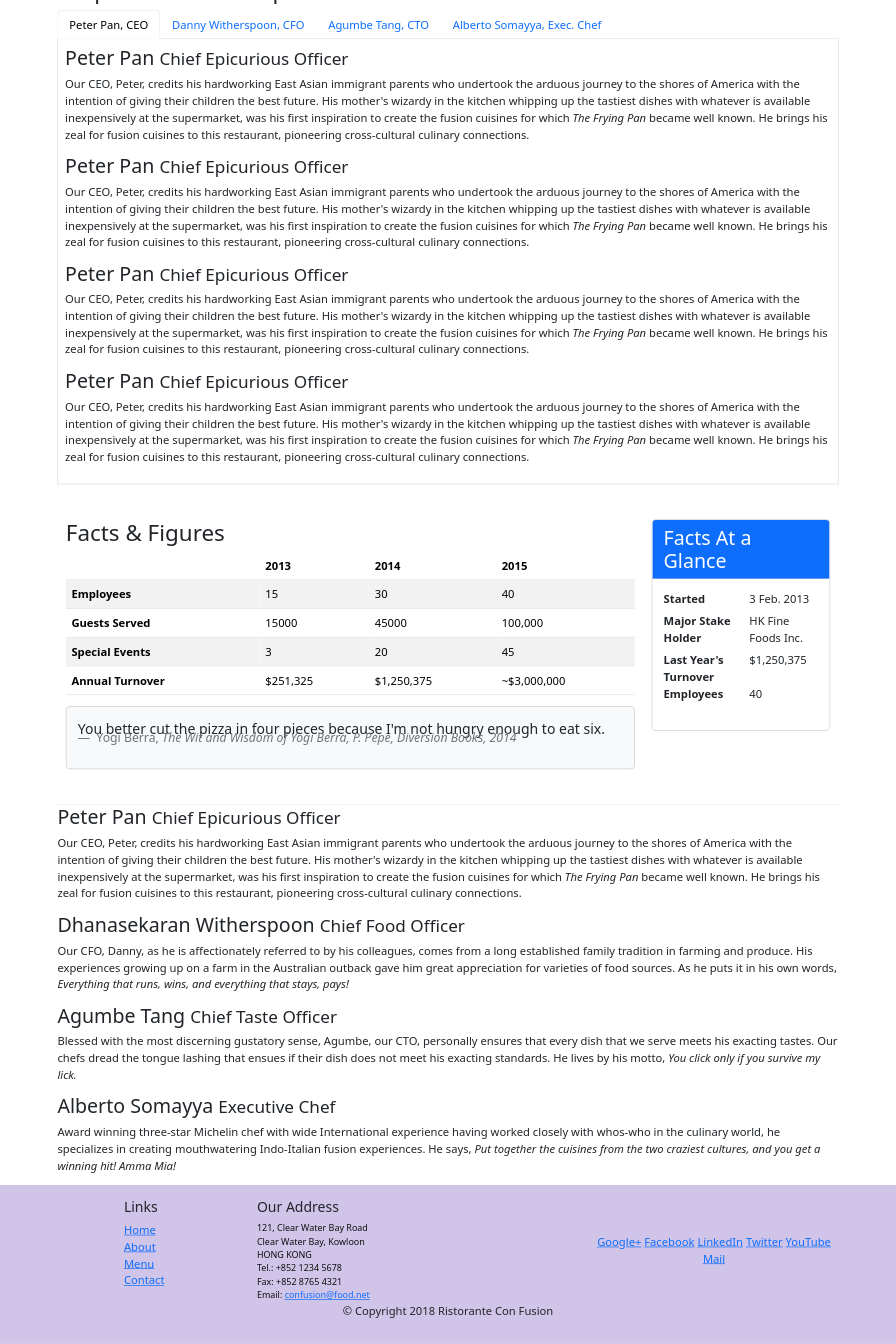
Repository: DungBuiTuan/FER201m
Page: aboutus.html
The author's editor kept a copy of each file at every save. The page is drawn from the files as they stood at one save, then again after the next save.
The browser window is 1280 px wide. The pictures show the part of the page from y = 767 to 2687 px (the page is 2687 px tall), at 70% of full size.
Some web libraries are served in a nearby version.

Above is the page before, as saved 2023-05-19 23:17:35.

### aboutus.html
<!DOCTYPE html>
<html lang="en">
  <head>
    <title>Ristorante Con Fusion: About Us</title>
    <meta charset="utf-8" />
    <meta
      name="viewport"
      content="width=device-width, initial-scale=1, shrink-to-fit=no"
    />
    <meta http-equiv="x-ua-compatible" content="ie=edge" />
    <!-- Bootstrap CSS -->
    <link
      rel="stylesheet"
      href="node_modules/bootstrap/dist/css/bootstrap.min.css"
    />
    <link href="css/styles.css" rel="stylesheet" />
  </head>

  <body>
    <nav class="navbar navbar-dark navbar-expand-sm fixed-top">
      <div class="container">
        <button
          class="navbar-toggler"
          type="button"
          data-toggle="collapse"
          data-target="#Navbar"
        >
          <span class="navbar-toggler-icon"></span>
        </button>
        <a class="navbar-brand mr-auto" href="#"
          ><img src="img/img/logo.png" height="30" width="41" />Ristorante Con
          Fusion</a
        >
        <div class="collapse navbar-collapse" id="Navbar">
          <ul class="navbar-nav mr-auto">
            <li class="nav-item active">
              <a class="nav-link" href="index.html">Home</a>
            </li>
            <li class="nav-item">
              <a class="nav-link" href="./aboutus.html">About</a>
            </li>
            <li class="nav-item"><a class="nav-link" href="LAB1/Aboutus.html">Menu</a></li>
            <li class="nav-item"><a class="nav-link" href="contactus.html">Contact</a></li>
          </ul>
        </div>
      </div>
    </nav>
    <header class="jumbotron">
      <div class="container">
        <div class="row row-header">
          <div class="col-12 col-sm-6">
            <h1>Ristorante con Fusion</h1>
            <p>
              We take inspiration from the World's best cuisines, and create a
              unique fusion experience. Our lipsmacking creations will tickle
              your culinary senses!
            </p>
          </div>
          <div class="col-12 col-sm align-self-center">
            <img src="img/img/logo.png" class="img-fluid" />
          </div>
        </div>
      </div>
    </header>

    <div class="container">
      <div class="row">
        <ol class="col-12 breadcrumb">
          <li class="breadcrumb-item"><a href="./index.html">Home</a></li>
          <li class="breadcrumb-item active">About Us</li>
        </ol>
        <div class="col-12">
          <h3>About Us</h3>
          <hr />
        </div>
      </div>

      <div class="row">
        <div class="col-12 col-sm-6 col-md-6">
          <h2>Our History</h2>
          <p>
            Started in 2010, Ristorante con Fusion quickly established itself as
            a culinary icon par excellence in Hong Kong. With its unique brand
            of world fusion cuisine that can be found nowhere else, it enjoys
            patronage from the A-list clientele in Hong Kong. Featuring four of
            the best three-star Michelin chefs in the world, you never know what
            will arrive on your plate the next time you visit us.
          </p>
          <p>
            The restaurant traces its humble beginnings to
            <em>The Frying Pan</em>, a successful chain started by our CEO, Mr.
            Peter Pan, that featured for the first time the world's best
            cuisines in a pan.
          </p>
        </div>
        <div></div>
      </div>

      <div class="row">
        <div class="col col-sm col-md">
          <div>
            <div>
              <h2>Corporate Leadership</h2>
              <ul class="nav nav-tabs">
                <li class="nav-item">
                  <a class="nav-link active" href="#peter"
                    role="tab" data-toggle="tab">Peter Pan, CEO</a>
                </li>
                <li class="nav-item">
                  <a class="nav-link" href="#danny" role="tab"
                    data-toggle="tab">Danny Witherspoon, CFO</a>
                </li>
                <li class="nav-item">
                  <a class="nav-link" href="#agumbe"role="tab"
                    data-toggle="tab">Agumbe Tang, CTO</a>
                </li>
                <li class="nav-item">
                  <a class="nav-link" href="#alberto" role="tab"
                    data-toggle="tab">Alberto Somayya, Exec. Chef</a>
                </li>
            </ul>

            <div class="tab-content">
                <div role="tabpanel" class="tab-pane fade show active" id="peter">
                    <h3>Peter Pan <small>Chief Epicurious Officer</small></h3>
                    <p> Our CEO, Peter, credits his hardworking East Asian immigrant
                        parents who undertook the arduous journey to the shores of
                        America with the intention of giving their children the best
                        future. His mother's wizardy in the kitchen whipping up the
                        tastiest dishes with whatever is available inexpensively at the
                        supermarket, was his first inspiration to create the fusion
                        cuisines for which <em>The Frying Pan</em> became well known. He
                        brings his zeal for fusion cuisines to this restaurant,
                        pioneering cross-cultural culinary connections. </p>
                </div>
                <div role="tabpanel" class="tab-pane fade show active" id="danny">
                    <h3>Peter Pan <small>Chief Epicurious Officer</small></h3>
                    <p> Our CEO, Peter, credits his hardworking East Asian immigrant
                        parents who undertook the arduous journey to the shores of
                        America with the intention of giving their children the best
                        future. His mother's wizardy in the kitchen whipping up the
                        tastiest dishes with whatever is available inexpensively at the
                        supermarket, was his first inspiration to create the fusion
                        cuisines for which <em>The Frying Pan</em> became well known. He
                        brings his zeal for fusion cuisines to this restaurant,
                        pioneering cross-cultural culinary connections. </p>
                </div>
                <div role="tabpanel" class="tab-pane fade show active" id="agumbe">
                    <h3>Peter Pan <small>Chief Epicurious Officer</small></h3>
                    <p> Our CEO, Peter, credits his hardworking East Asian immigrant
                        parents who undertook the arduous journey to the shores of
                        America with the intention of giving their children the best
                        future. His mother's wizardy in the kitchen whipping up the
                        tastiest dishes with whatever is available inexpensively at the
                        supermarket, was his first inspiration to create the fusion
                        cuisines for which <em>The Frying Pan</em> became well known. He
                        brings his zeal for fusion cuisines to this restaurant,
                        pioneering cross-cultural culinary connections. </p>
                </div>
                <div role="tabpanel" class="tab-pane fade show active" id="alberto">
                    <h3>Peter Pan <small>Chief Epicurious Officer</small></h3>
                    <p> Our CEO, Peter, credits his hardworking East Asian immigrant
                        parents who undertook the arduous journey to the shores of
                        America with the intention of giving their children the best
                        future. His mother's wizardy in the kitchen whipping up the
                        tastiest dishes with whatever is available inexpensively at the
                        supermarket, was his first inspiration to create the fusion
                        cuisines for which <em>The Frying Pan</em> became well known. He
                        brings his zeal for fusion cuisines to this restaurant,
                        pioneering cross-cultural culinary connections. </p>
                </div>
            </div>

              <div class="row row-content">
                <div class="col-12 col-sm-9">
                  <h2>Facts &amp; Figures</h2>
                  <div class="table-responsive">
                    <table class="table table-striped">
                      <thead class="thead-dark">
                        <tr>
                          <th>&nbsp;</th>
                          <th>2013</th>
                          <th>2014</th>
                          <th>2015</th>
                        </tr>
                      </thead>
                      <tbody>
                        <tr>
                          <th>Employees</th>
                          <td>15</td>
                          <td>30</td>
                          <td>40</td>
                        </tr>
                        <tr>
                          <th>Guests Served</th>
                          <td>15000</td>
                          <td>45000</td>
                          <td>100,000</td>
                        </tr>
                        <tr>
                          <th>Special Events</th>
                          <td>3</td>
                          <td>20</td>
                          <td>45</td>
                        </tr>
                        <tr>
                          <th>Annual Turnover</th>
                          <td>$251,325</td>
                          <td>$1,250,375</td>
                          <td>~$3,000,000</td>
                        </tr>
                      </tbody>
                    </table>
                  </div>
                  <div class="col-12">
                    <div class="card card-body bg-light">
                      <blockquote class="blockquote">
                        <p class="mb-0">
                          You better cut the pizza in four pieces because I'm
                          not hungry enough to eat six.
                        </p>
                        <footer class="blockquote-footer">
                          Yogi Berra,
                          <cite title="Source Title"
                            >The Wit and Wisdom of Yogi Berra, P. Pepe,
                            Diversion Books, 2014</cite
                          >
                        </footer>
                      </blockquote>
                    </div>
                  </div>
                </div>
                <div class="col-12 col-sm-3">
                  <div class="card">
                    <h3 class="card-header bg-primary text-white">
                      Facts At a Glance
                    </h3>
                    <div class="card-body">
                      <dl class="row">
                        <dt class="col-6">Started</dt>
                        <dd class="col-6">3 Feb. 2013</dd>
                        <dt class="col-6">Major Stake Holder</dt>
                        <dd class="col-6">HK Fine Foods Inc.</dd>
                        <dt class="col-6">Last Year's Turnover</dt>
                        <dd class="col-6">$1,250,375</dd>
                        <dt class="col-6">Employees</dt>
                        <dd class="col-6">40</dd>
                      </dl>
                    </div>
                  </div>
                </div>
              </div>

              <h3>Peter Pan <small>Chief Epicurious Officer</small></h3>
            </div>
            <div class="d-none d-sm-block">
              <p>
                Our CEO, Peter, credits his hardworking East Asian immigrant
                parents who undertook the arduous journey to the shores of
                America with the intention of giving their children the best
                future. His mother's wizardy in the kitchen whipping up the
                tastiest dishes with whatever is available inexpensively at the
                supermarket, was his first inspiration to create the fusion
                cuisines for which <em>The Frying Pan</em> became well known. He
                brings his zeal for fusion cuisines to this restaurant,
                pioneering cross-cultural culinary connections.
              </p>
            </div>
          </div>
          <div>
            <div>
              <h3>
                Dhanasekaran Witherspoon <small>Chief Food Officer</small>
              </h3>
            </div>
            <div class="d-none d-sm-block">
              <p>
                Our CFO, Danny, as he is affectionately referred to by his
                colleagues, comes from a long established family tradition in
                farming and produce. His experiences growing up on a farm in the
                Australian outback gave him great appreciation for varieties of
                food sources. As he puts it in his own words,
                <em
                  >Everything that runs, wins, and everything that stays,
                  pays!</em
                >
              </p>
            </div>
          </div>
          <div>
            <div>
              <h3>Agumbe Tang <small>Chief Taste Officer</small></h3>
            </div>
            <div class="d-none d-sm-block">
              <p>
                Blessed with the most discerning gustatory sense, Agumbe, our
                CTO, personally ensures that every dish that we serve meets his
                exacting tastes. Our chefs dread the tongue lashing that ensues
                if their dish does not meet his exacting standards. He lives by
                his motto, <em>You click only if you survive my lick.</em>
              </p>
            </div>
          </div>
          <div>
            <div>
              <h3>Alberto Somayya <small>Executive Chef</small></h3>
            </div>
            <div class="d-none d-sm-block">
              <p>
                Award winning three-star Michelin chef with wide International
                experience having worked closely with whos-who in the culinary
                world, he specializes in creating mouthwatering Indo-Italian
                fusion experiences. He says,
                <em
                  >Put together the cuisines from the two craziest cultures, and
                  you get a winning hit! Amma Mia!</em
                >
              </p>
            </div>
          </div>
        </div>
      </div>
    </div>

    <footer class="footer">
      <div class="container">
        <div class="row">
          <div class="col-4 offset-1 col-sm-2">
            <h5>Links</h5>
            <ul class="list-unstyled">
              <li><a href="#">Home</a></li>
              <li><a href="#">About</a></li>
              <li><a href="#">Menu</a></li>
              <li><a href="#">Contact</a></li>
            </ul>
          </div>
          <div class="col-7 col-sm-5">
            <h5>Our Address</h5>
            <address>
              121, Clear Water Bay Road<br />
              Clear Water Bay, Kowloon<br />
              HONG KONG<br />
              Tel.: +852 1234 5678<br />
              Fax: +852 8765 4321<br />
              Email: <a href="mailto:confusion@food.net">confusion@food.net</a>
            </address>
          </div>
          <div class="col-12 col-sm-4 align-self-center">
            <div class="text-center">
              <a href="http://google.com/+">Google+</a>
              <a href="http://www.facebook.com/profile.php?id=">Facebook</a>
              <a href="http://www.linkedin.com/in/">LinkedIn</a>
              <a href="http://twitter.com/">Twitter</a>
              <a href="http://youtube.com/">YouTube</a>
              <a href="mailto:">Mail</a>
            </div>
          </div>
        </div>
        <div class="row justify-content-center">
          <div class="col-auto">
            <p>© Copyright 2018 Ristorante Con Fusion</p>
          </div>
        </div>
      </div>
    </footer>
    <script src="node_modules/jquery/dist/jquery.slim.min.js"></script>
    <script src="node_modules/popper.js/dist/umd/popper.min.js"></script>
    <script src="node_modules/bootstrap/dist/js/bootstrap.min.js"></script>
  </body>
</html>

### css/styles.css
body{
    padding:50px 0px 0px 0px;
    z-index:0;
}

.navbar-dark {
     background-color: #512DA8;
}

.row-header{
    margin:0px auto;
    padding:0px;
}

.row-content {
    margin:0px auto;
    padding: 50px 0px 50px 0px;
    border-bottom: 1px ridge;
    min-height:400px;
}

.footer{
    background-color: #D1C4E9;
    margin:0px auto;
    padding: 20px 0px 20px 0px;
}

.jumbotron {
    padding:70px 30px 70px 30px;
    margin:0px auto;
    background: #9575CD ;
    color:floralwhite;
}

address{
    font-size:80%;
    margin:0px;
    color:#0f0f0f;
}

.tab-content {
    border-left: 1px solid #ddd;
    border-right: 1px solid #ddd;
    border-bottom: 1px solid #ddd;
    padding: 10px;
}

After the next save:
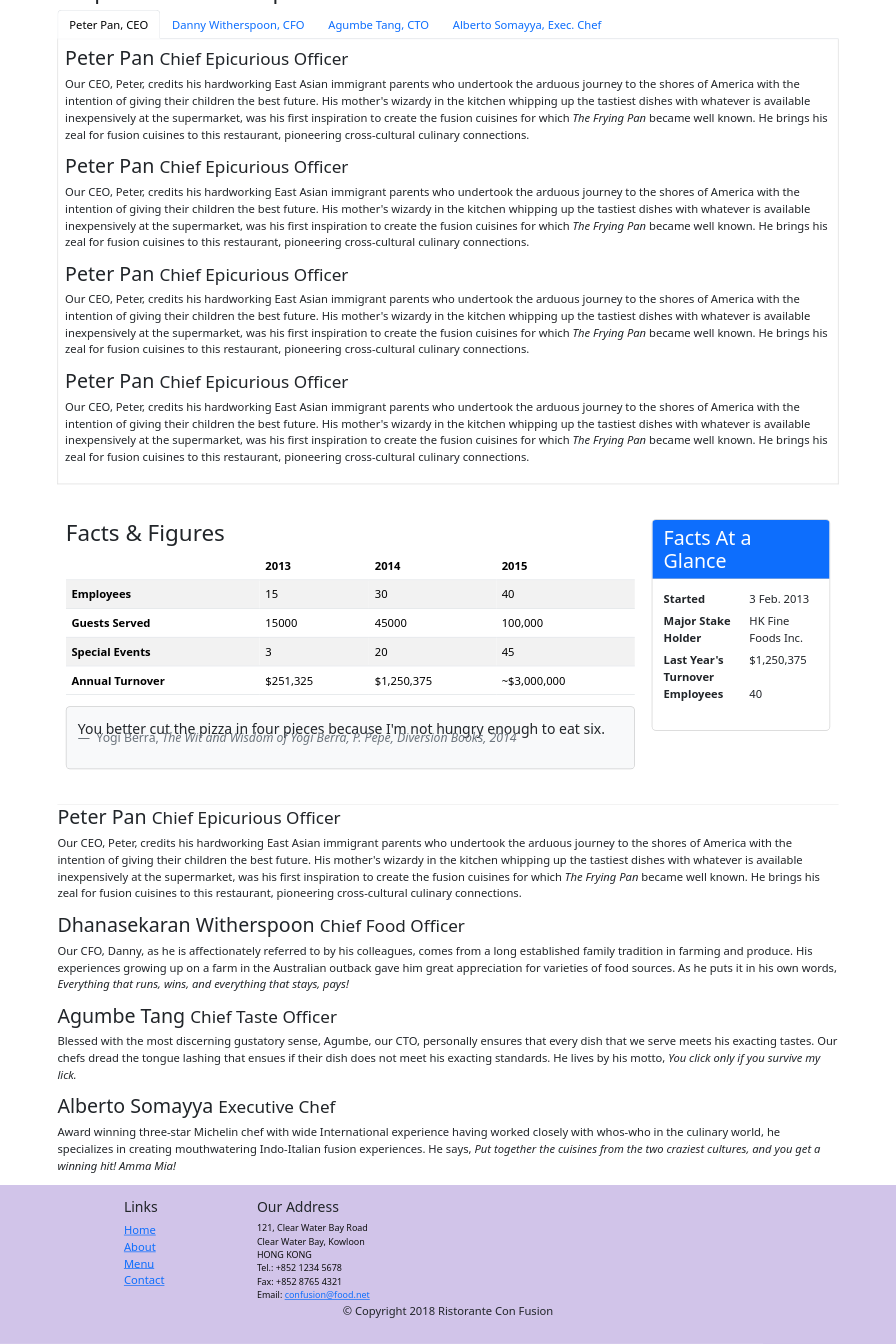
Saved 2 min 37 s later.
--- a/aboutus.html
+++ b/aboutus.html
@@ -347,12 +347,12 @@
           </div>
           <div class="col-12 col-sm-4 align-self-center">
             <div class="text-center">
-              <a href="http://google.com/+">Google+</a>
-              <a href="http://www.facebook.com/profile.php?id=">Facebook</a>
-              <a href="http://www.linkedin.com/in/">LinkedIn</a>
-              <a href="http://twitter.com/">Twitter</a>
-              <a href="http://youtube.com/">YouTube</a>
-              <a href="mailto:">Mail</a>
+              <a class="btn btn-social-icon btn-google" href="http://google.com/+"><i class="fa fa-google-plus"></i></a>
+              <a class="btn btn-social-icon btn-facebook" href="http://www.facebook.com/profile.php?id="><i class="fa fa-facebook"></i></a>
+              <a class="btn btn-social-icon btn-linkedin" href="http://www.linkedin.com/in/"><i class="fa fa-linkedin"></i></a>
+              <a class="btn btn-social-icon btn-twitter" href="http://twitter.com/"><i class="fa fa-twitter"></i></a>
+              <a class="btn btn-social-icon btn-google" href="http://youtube.com/"><i class="fa fa-youtube"></i></a>
+              <a class="btn btn-social-icon" href="mailto:"><i class="fa fa-envelope-o"></i></a>
             </div>
           </div>
         </div>
